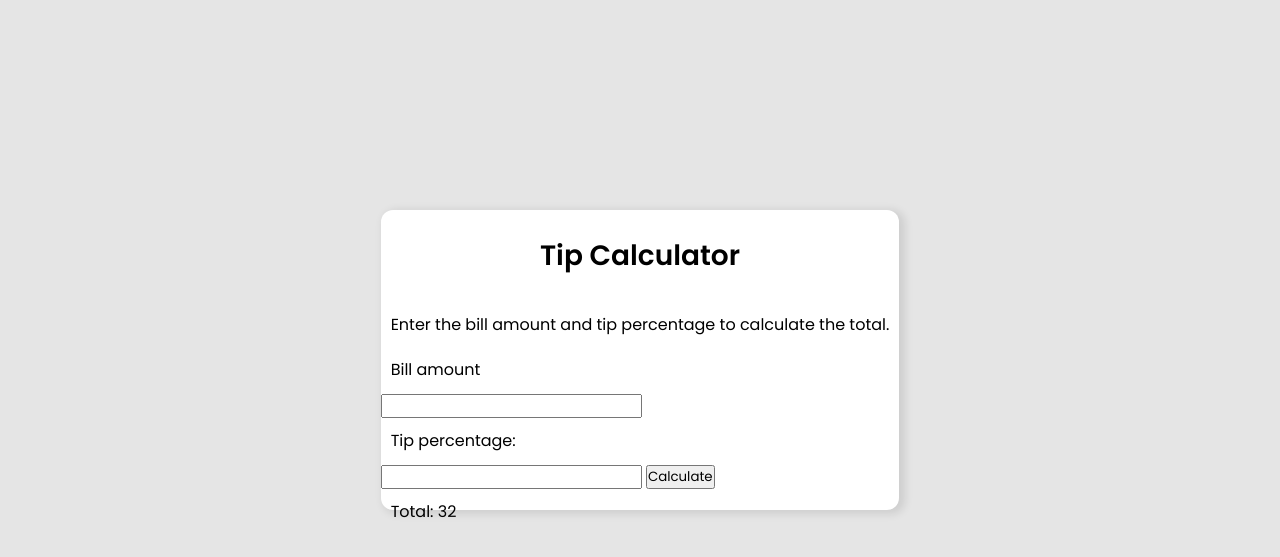
Repository: Ankitkr2021/Tip-Calculator
Page: index.html
An editor plug-in stored every save of this project. The page is shown before and after the next save, followed by the edit.
The browser window is 1280 px wide. The pictures show the whole page.

Above is the page before, as saved 2025-10-27 10:52:13.

After the next save:
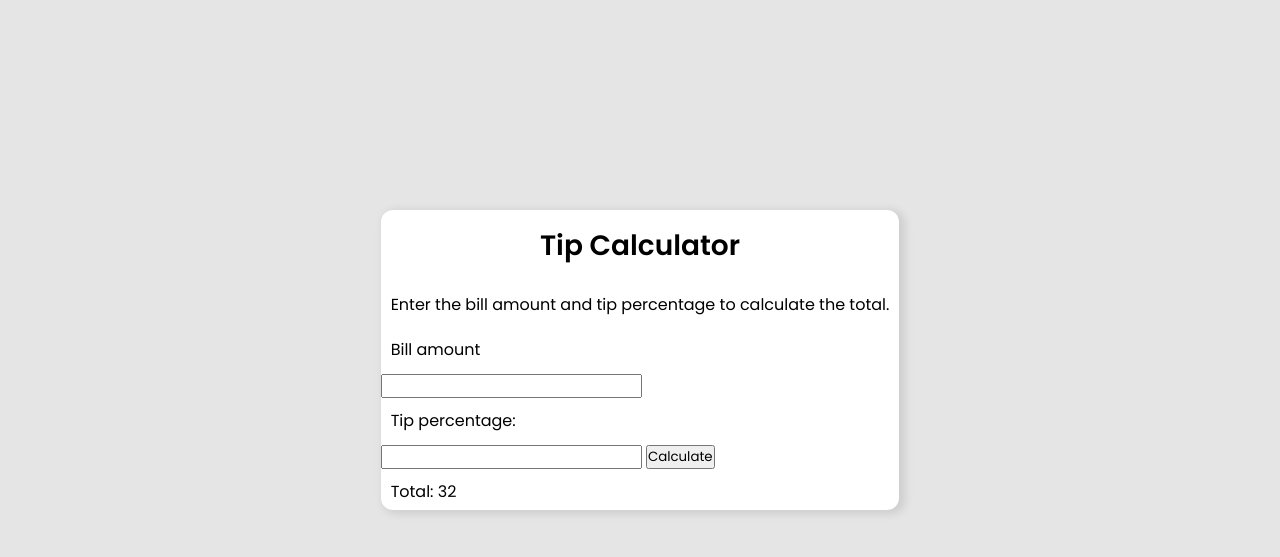
Saved 7 s later.
--- a/style.css
+++ b/style.css
@@ -25,7 +25,7 @@ body {
 
 h2{
     text-align: center;
-    padding: 25px;
+    padding: 15px;
     font-size: 28px;
     font-weight: 600;
 }
